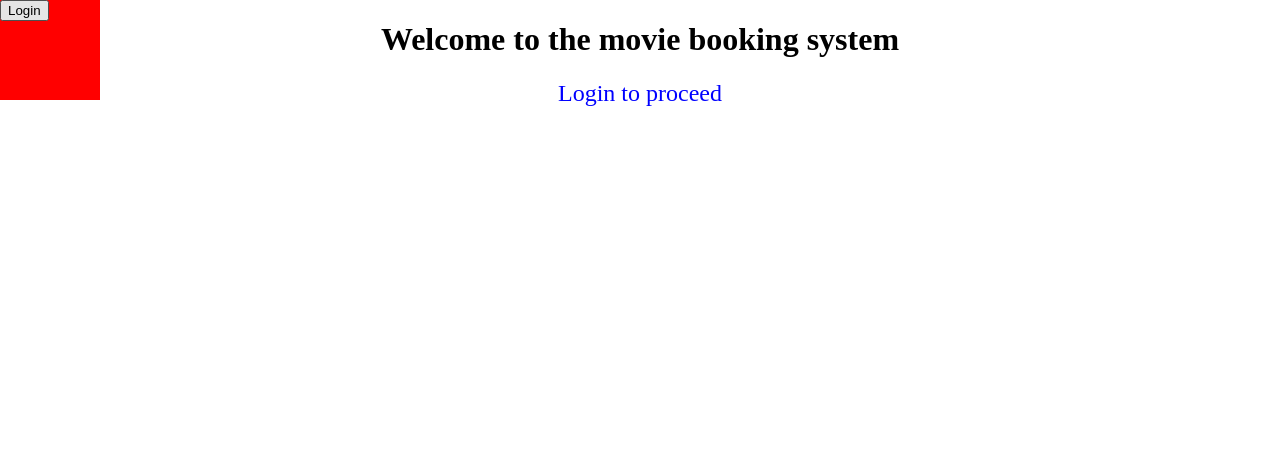
Repository: shesha1096/Java-Programs
Page: http://localhost/MovieTicketBooking/
An editor plug-in stored every save of this project. The page is shown before and after the next save, followed by the edit.
The browser window is 1280 px wide. The pictures show the whole page.
The page is served by Tomcat 9.

Above is the page before, as saved 2018-07-21 06:21:18.

After the next save:
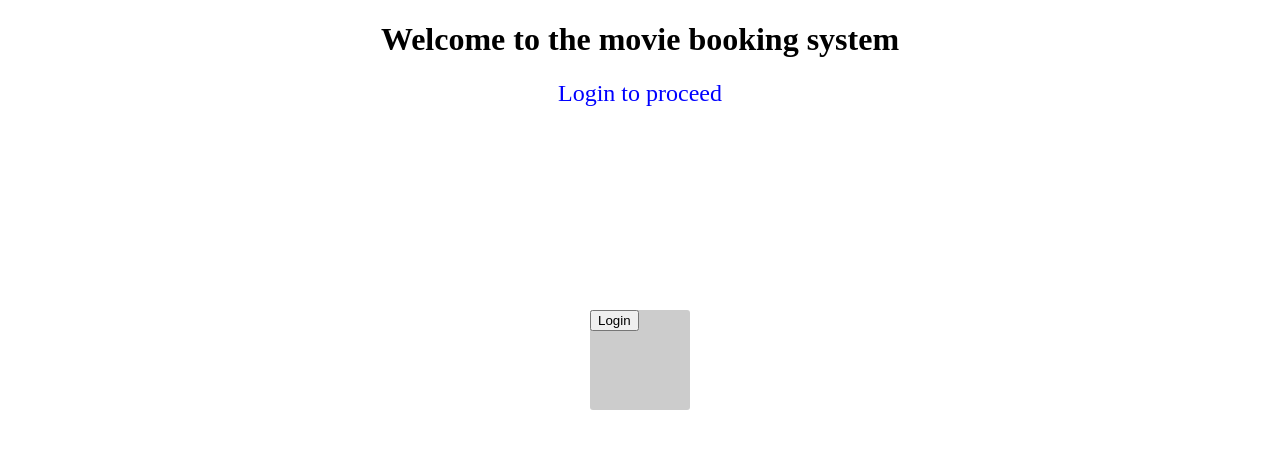
Saved 38 s later.
--- a/MovieTicketBooking/WebContent/index.jsp
+++ b/MovieTicketBooking/WebContent/index.jsp
@@ -8,15 +8,16 @@
 <style>
 #form1
 {
-width: 100px;
-    height: 100px;
-    background-color: red;
-
-    position: absolute;
-    top:0;
-    bottom: 0;
-    left: 0;
-    right: 0;
+position: absolute;
+  margin: auto;
+  top: 0;
+  right: 0;
+  bottom: 0;
+  left: 0;
+  width: 100px;
+  height: 100px;
+  background-color: #ccc;
+  border-radius: 3px;
 
 }
 </style>
